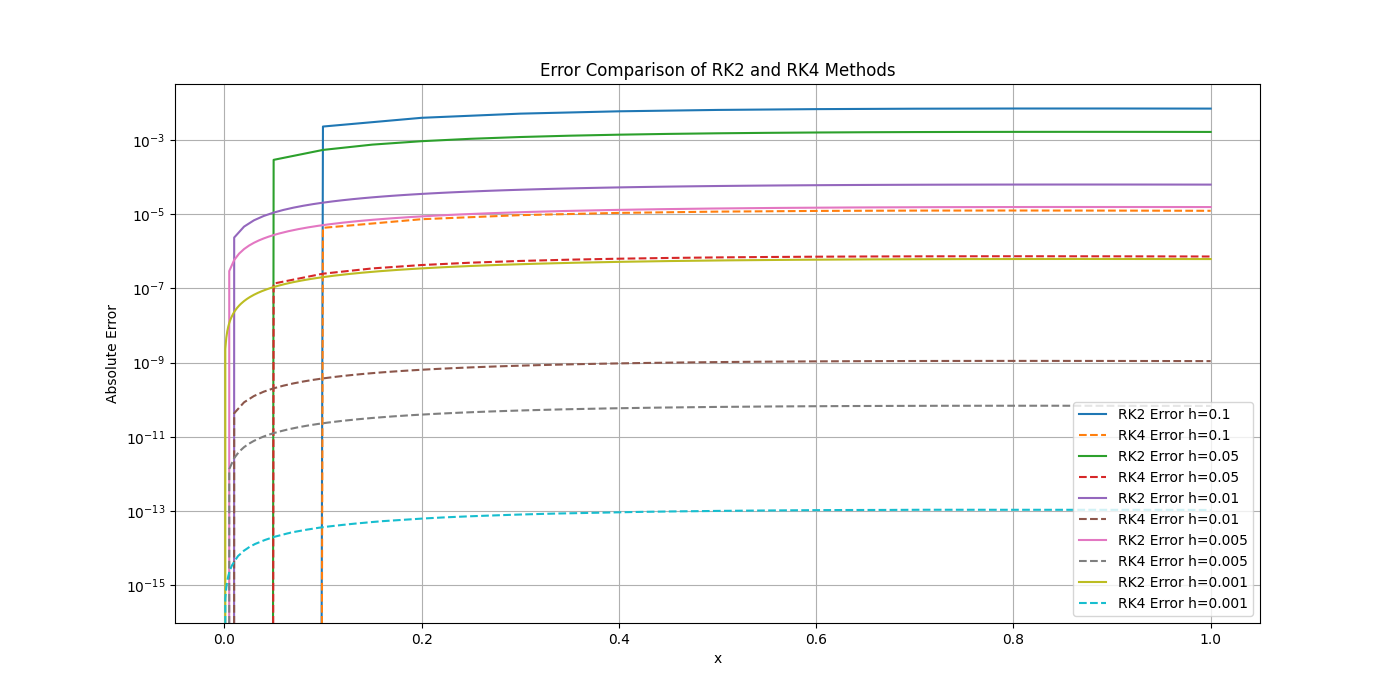
Repository: ChabanovX/runge-kutta-algos
Script's output: python test.py
The author's editor kept a copy of each file at every save. The script's output is drawn from the files as they stood at one save, then again after the next save.
Random numbers start from a fixed seed.

Above is the script's output before, as saved 2024-11-09 14:27:57.

### test.py
import numpy as np
import matplotlib.pyplot as plt

def rk2(f, x0, y0, x_end, h):
    x_values = np.arange(x0, x_end + h, h)
    y_values = np.zeros(len(x_values))
    y_values[0] = y0

    for i in range(1, len(x_values)):
        x_n = x_values[i - 1]
        y_n = y_values[i - 1]

        k1 = f(x_n, y_n)
        k2 = f(x_n + h, y_n + h * k1)
        y_values[i] = y_n + (h / 2) * (k1 + k2)

    return x_values, y_values

def rk4(f, x0, y0, x_end, h):
    x_values = np.arange(x0, x_end + h, h)
    y_values = np.zeros(len(x_values))
    y_values[0] = y0

    for i in range(1, len(x_values)):
        x_n = x_values[i - 1]
        y_n = y_values[i - 1]

        k1 = f(x_n, y_n)
        k2 = f(x_n + h / 2, y_n + h / 2 * k1)
        k3 = f(x_n + h / 2, y_n + h / 2 * k2)
        k4 = f(x_n + h, y_n + h * k3)

        y_values[i] = y_n + (h / 6) * (k1 + 2 * k2 + 2 * k3 + k4)

    return x_values, y_values

# Define the ODE y' = -2y + 2x^2 + 2x
def f(x, y):
    return -2 * y + 2 * x**2 + 2 * x

# Analytical solution
def exact_solution(x):
    return np.exp(-2 * x) + x**2

# Initial conditions
x0 = 0
y0 = 1
x_end = 1

# Step sizes
h_values = [0.1, 0.05, 0.01, 0.005, 0.001]

# Prepare plots
plt.figure(figsize=(14, 7))

for h in h_values:
    # RK2 method
    x_rk2, y_rk2 = rk2(f, x0, y0, x_end, h)
    y_exact_rk2 = exact_solution(x_rk2)
    error_rk2 = np.abs(y_rk2 - y_exact_rk2)

    # RK4 method
    x_rk4, y_rk4 = rk4(f, x0, y0, x_end, h)
    y_exact_rk4 = exact_solution(x_rk4)
    error_rk4 = np.abs(y_rk4 - y_exact_rk4)

    # Plot errors
    plt.plot(x_rk2, error_rk2, label=f'RK2 Error h={h}')
    plt.plot(x_rk4, error_rk4, '--', label=f'RK4 Error h={h}')

plt.xlabel('x')
plt.ylabel('Absolute Error')
plt.title('Error Comparison of RK2 and RK4 Methods')
plt.legend()
plt.yscale('log')  # Use logarithmic scale for error
plt.grid(True)
plt.show()

After the next save:
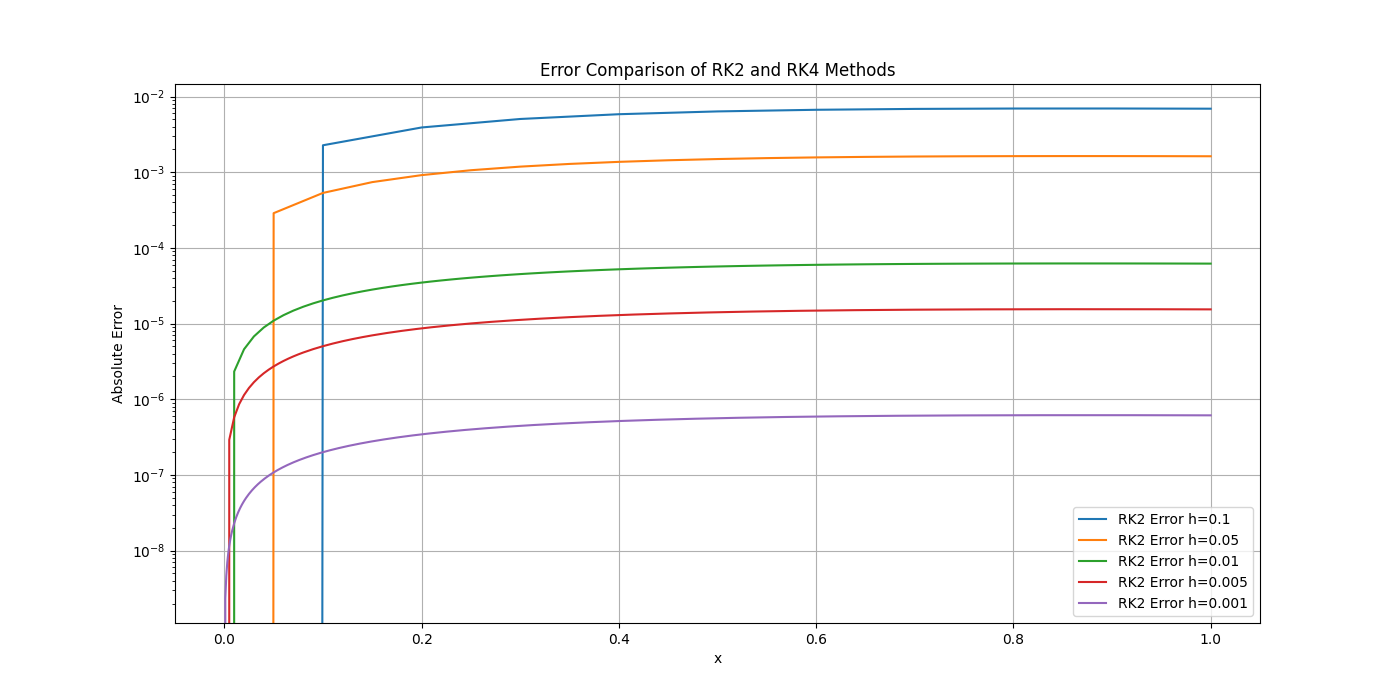
Saved 14 s later.
--- a/test.py
+++ b/test.py
@@ -66,7 +66,7 @@ for h in h_values:
 
     # Plot errors
     plt.plot(x_rk2, error_rk2, label=f'RK2 Error h={h}')
-    plt.plot(x_rk4, error_rk4, '--', label=f'RK4 Error h={h}')
+    # plt.plot(x_rk4, error_rk4, '--', label=f'RK4 Error h={h}')
 
 plt.xlabel('x')
 plt.ylabel('Absolute Error')
